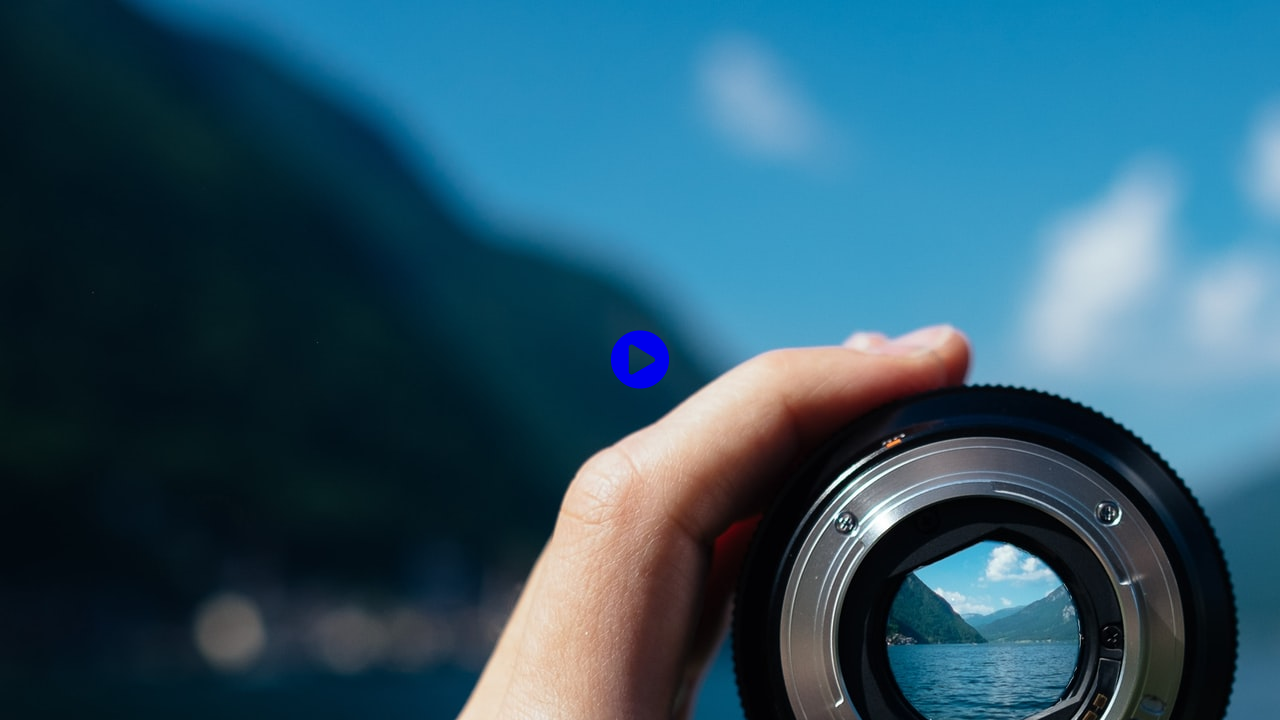
Repository: DogukanSAVA/PopUp
Page: index.html
These files come from the project's save history. The page is drawn as it stood at one moment and after a run of saves; the edit follows.
The browser window is 1280 px wide. The pictures show the whole page.
Some web libraries are served in a nearby version.

Above is the page before, as saved 2021-09-22 11:43:29.

After the next 2 saves:
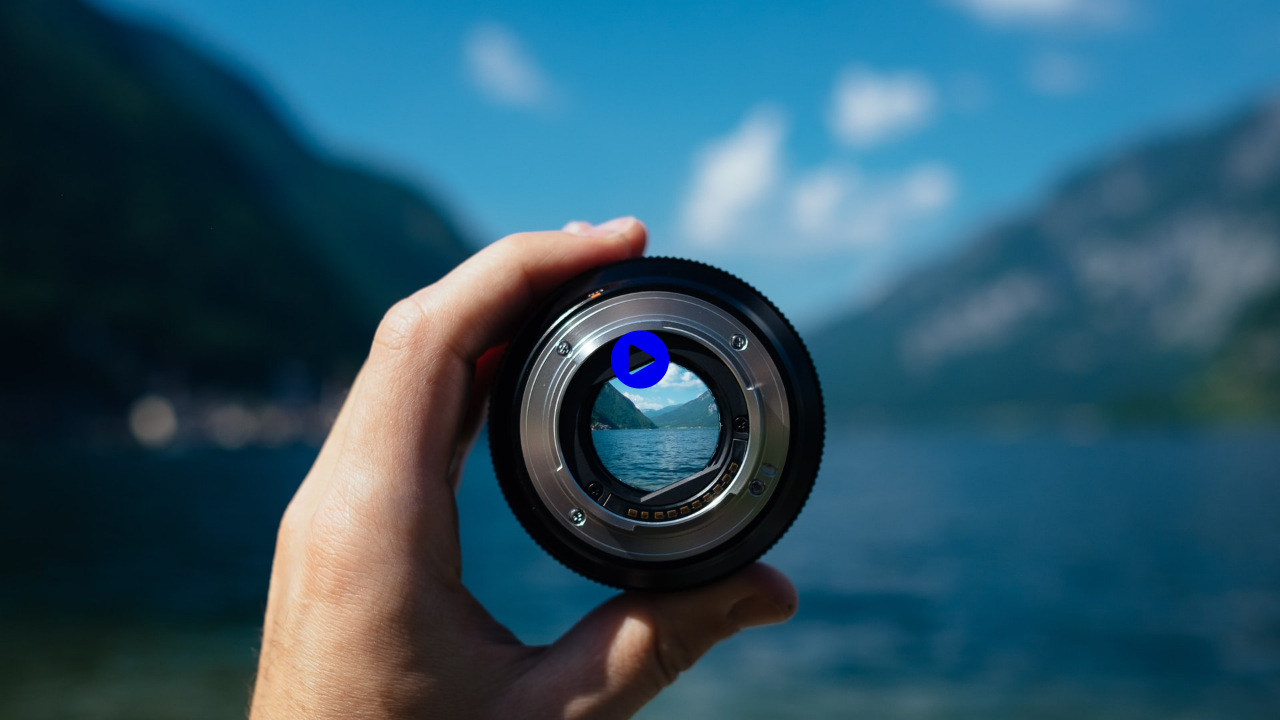
The 2 saves are shown as one change because they came seconds apart.
The last was saved 8 s later.
--- a/app.css
+++ b/app.css
@@ -18,7 +18,7 @@ body {
   align-items: center;
   justify-content: center;
   background: url("paul-skorupskas-7KLa-xLbSXA-unsplash.jpg") no-repeat;
-  bac
+  background-size: cover;
 
 }
 
